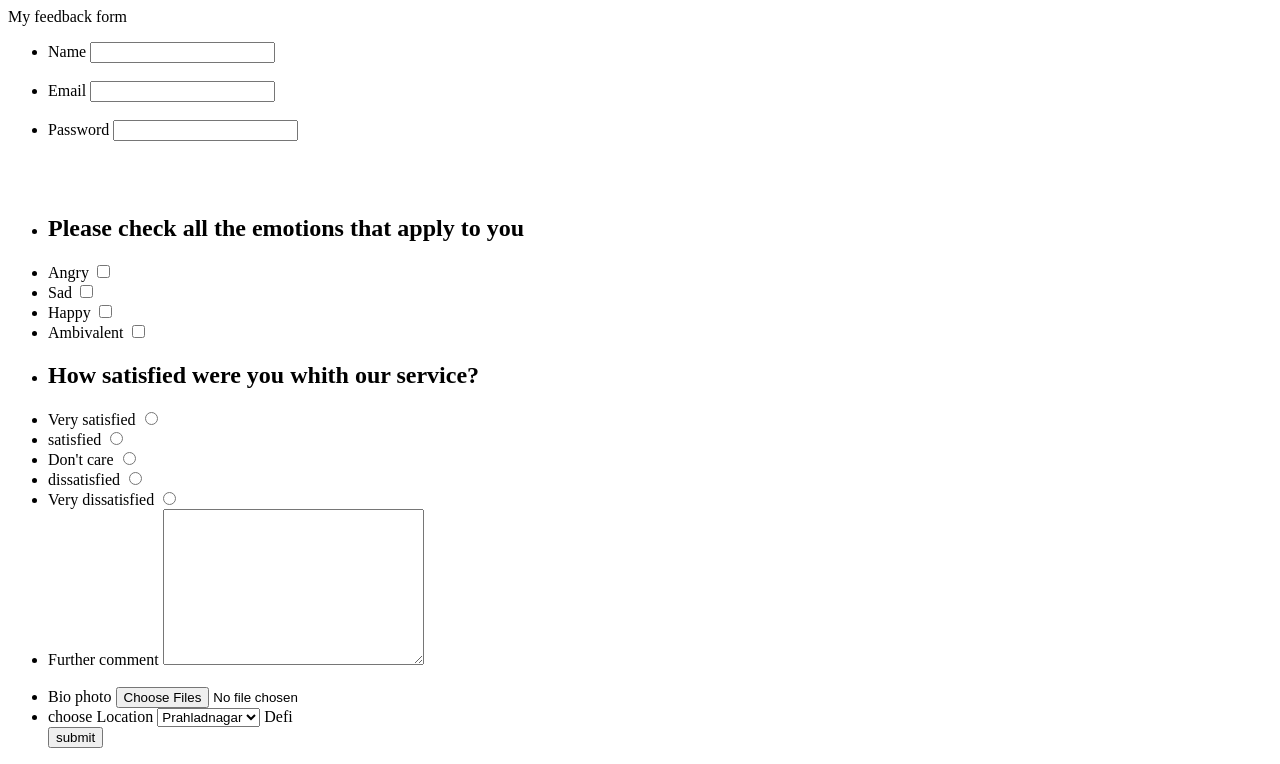
Repository: pratixa-chauhan/practice
Page: view/schedule2.html
The author's editor kept a copy of each file at every save. The page is drawn from the files as they stood at one save, then again after the next save.
The browser window is 1280 px wide. The pictures show the whole page.

Above is the page before, as saved 2021-12-20 17:54:33.

After the next save:
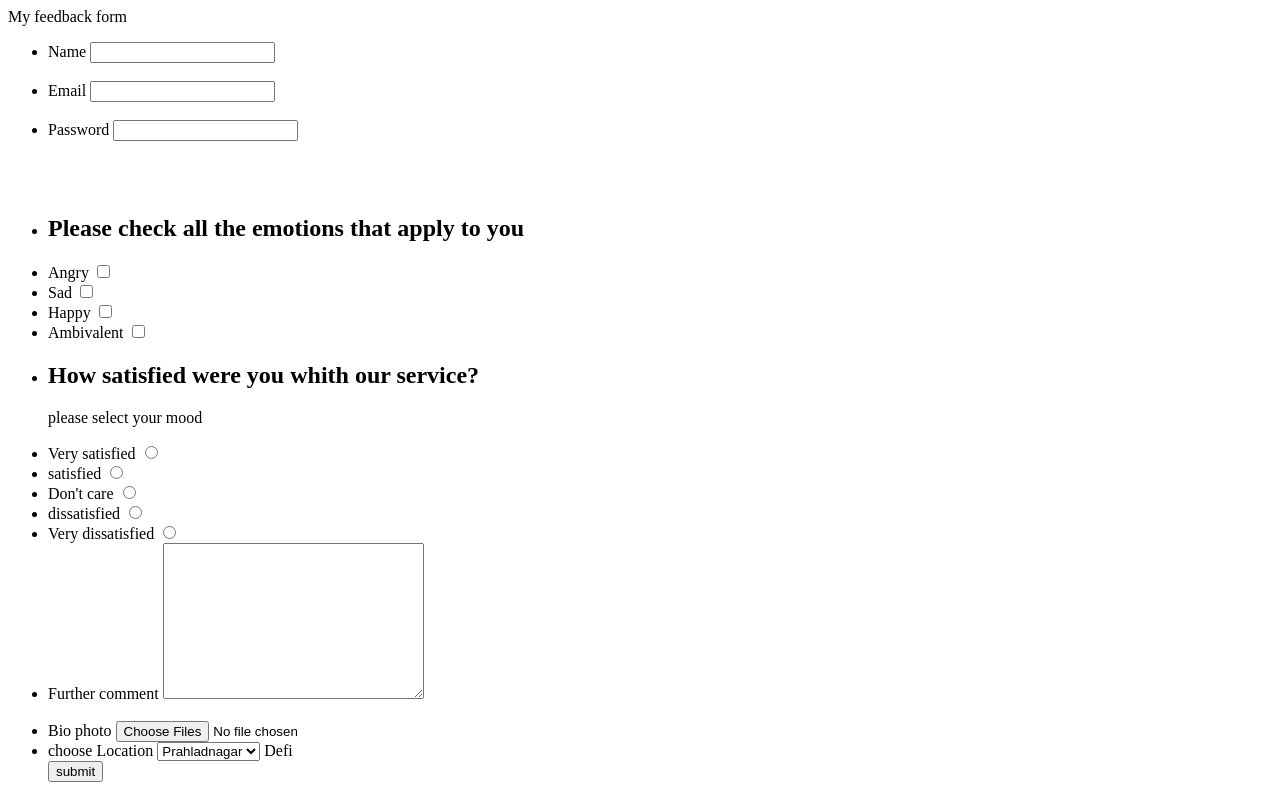
Saved 4 min 50 s later.
--- a/view/schedule2.html
+++ b/view/schedule2.html
@@ -36,6 +36,7 @@
         <li>
         <h2>How satisfied were you whith our service?</h2>
         </li>
+        <p>please select your mood</p>
         <li>
             <label for="very satisfied">Very satisfied</label>
             <input type="radio" value="radio">
